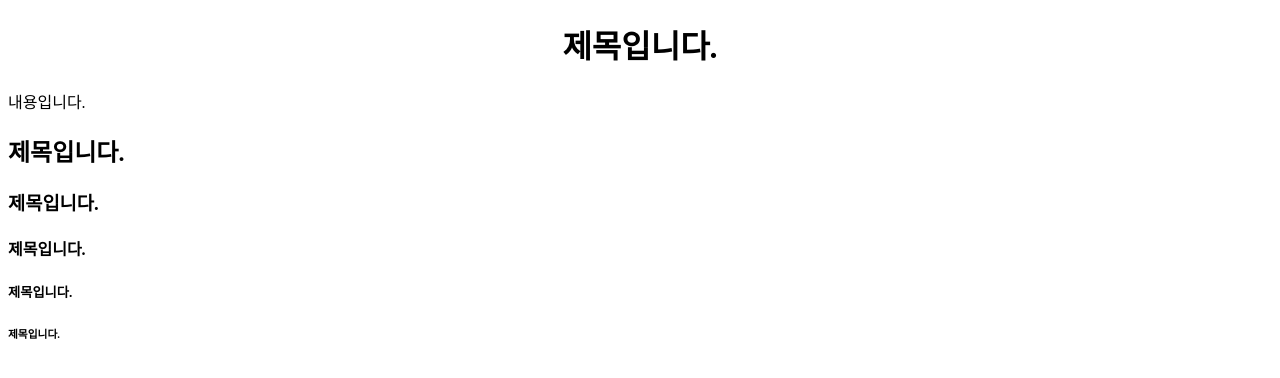
Repository: HongTaeHun337/HTML-CSS-JavaScript-
Page: html/HtmlTest/src/main/webapp/ex06_heading.html
These files come from the project's save history. The page is drawn as it stood at one moment and after the next save; the edit follows.
The browser window is 1280 px wide. The pictures show the whole page.

Above is the page before, as saved 2026-02-12 08:36:39.

After the next save:
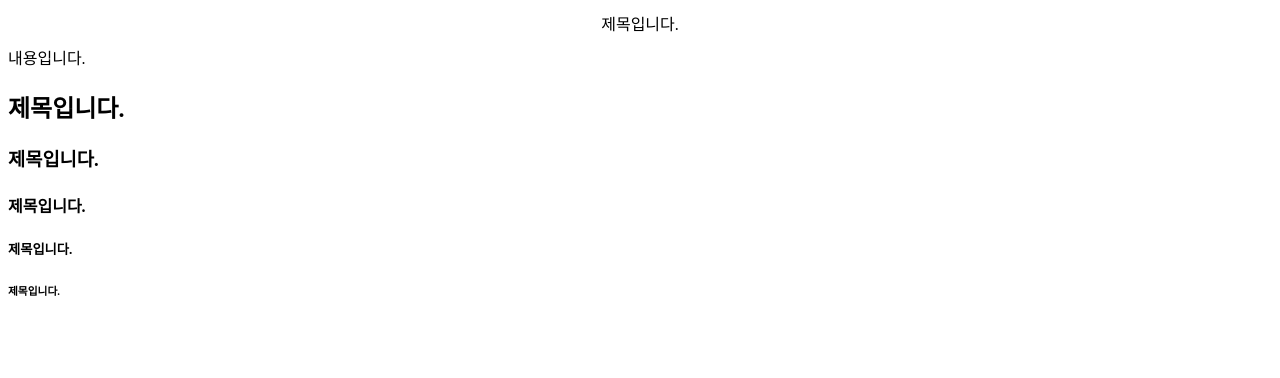
Saved 2 min 33 s later.
--- a/html/HtmlTest/src/main/webapp/ex06_heading.html
+++ b/html/HtmlTest/src/main/webapp/ex06_heading.html
@@ -16,12 +16,15 @@
 		- <h1>, <h2>, <h3>, <h4>, <h5>, <h6>
 		- 쌍태그, 혼합형
 		- 검색 엔진 수집 대상
+		- 의미가 중요(O), 서식이 중요(X)
+
 
 		h1.align 속성
 		- horizontal alignment, (내용물) 수평 정렬
+		- left, center, right, justify(양쪽 정렬)
 
 	 -->
-	 <h1 align="center">제목입니다.</h1>
+	 <h1 align="center" style = "font-size: 1rem; font-weight:normal">제목입니다.</h1>
 
 	 <div>내용입니다.</div>
 
